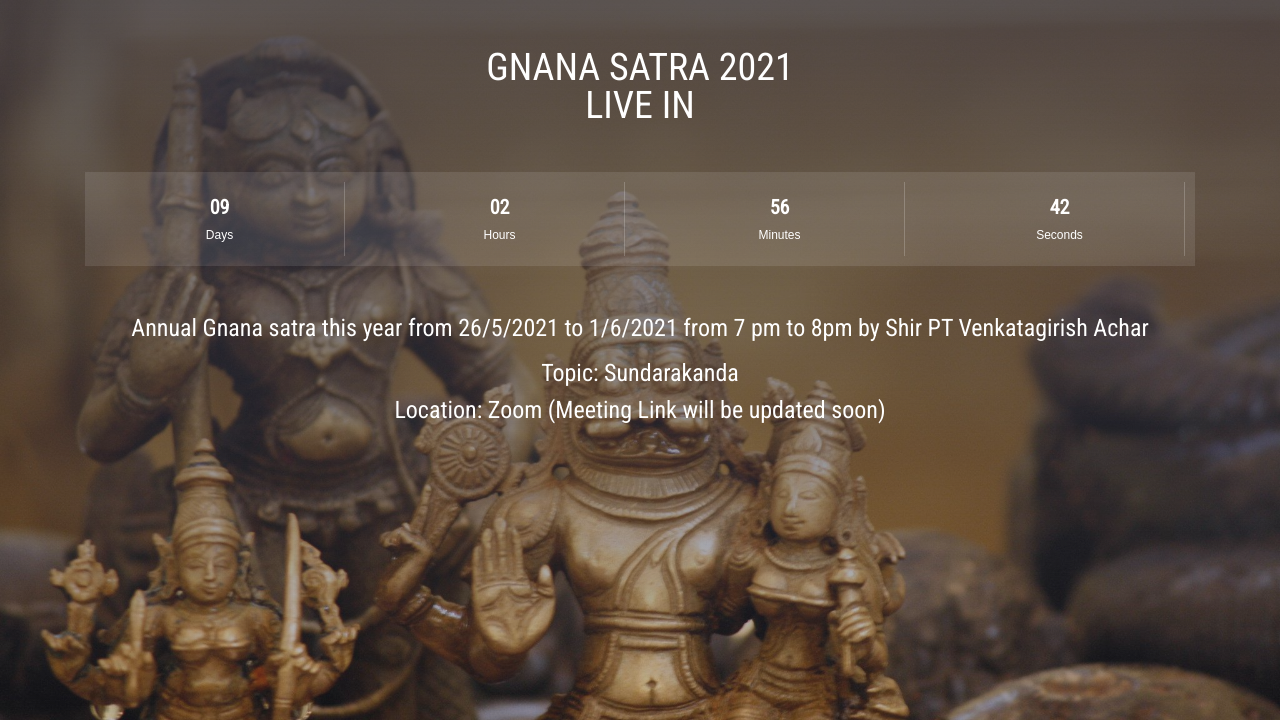
Repository: anirudhbichal/gs
Page: /
An editor plug-in stored every save of this project. The page is shown before and after the next save, followed by the edit.
The browser window is 1280 px wide. The pictures show the whole page.
The project was rebuilt for these pictures with package versions that can differ from the ones it lists, and the page was loaded fresh each time.

Above is the page before, as saved 2021-05-17 17:53:00.

After the next save:
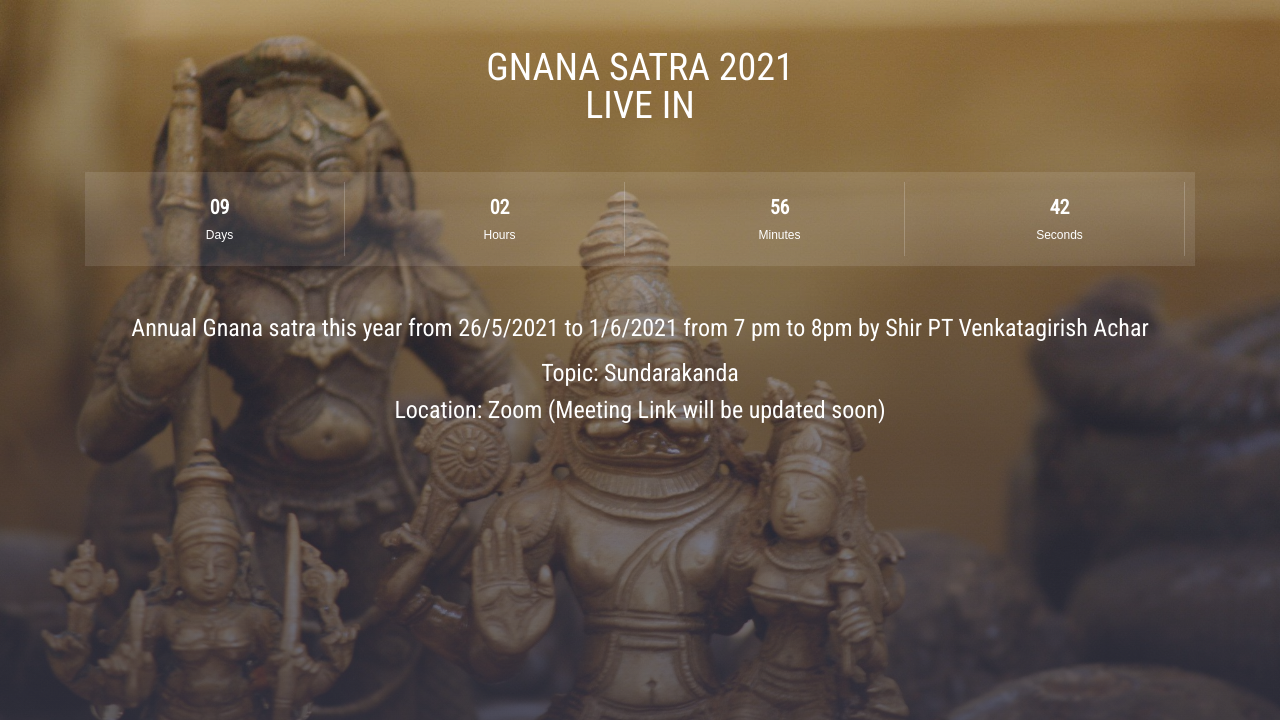
Saved 49 s later.
--- a/src/App.css
+++ b/src/App.css
@@ -19,9 +19,9 @@ body {
   background: rgb(55, 55, 70);
   background: linear-gradient(
     0deg,
-    rgba(55, 55, 70, 0.3) 0%,
+    rgba(55, 55, 70, 0.8) 0%,
     rgba(55, 55, 70, 0.6) 50%,
-    rgba(55, 55, 70, 0.8) 100%
+    rgba(55, 55, 70, 0.3) 100%
   );
 }
 
